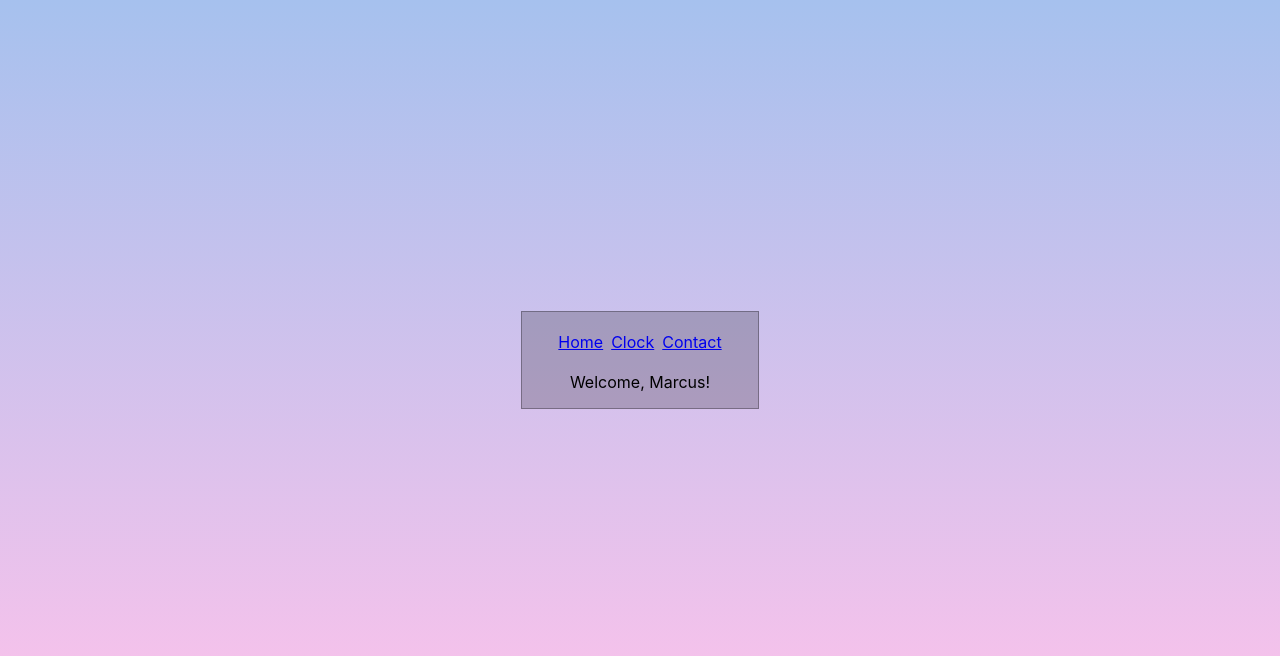
Repository: marcusmerrick/jeopardy
Page: /
An editor plug-in stored every save of this project. The page is shown before and after a run of saves, followed by the edit.
The browser window is 1280 px wide. The pictures show the whole page.
The project was rebuilt for these pictures with package versions that can differ from the ones it lists, and the page was loaded fresh each time. A package was used in the major version that the imports need, not the one package.json lists. Also part of the build but not shown: src/Components/Clocks/Clock.js, src/Components/Contact/Contact.js.

Above is the page before, as saved 2020-08-13 15:09:49.

### src/index.css
body {
  margin: 0;
  padding: 0;
  font-family: -apple-system, BlinkMacSystemFont, "Segoe UI", "Roboto", "Oxygen",
    "Ubuntu", "Cantarell", "Fira Sans", "Droid Sans", "Helvetica Neue",
    sans-serif;
  -webkit-font-smoothing: antialiased;
  -moz-osx-font-smoothing: grayscale;

  display: flex;
  height: 100vh;
  align-items: center;
  justify-content: center;

  background-image: linear-gradient(to top, #fbc2eb 0%, #a6c1ee 100%);
}

.App {
  background: rgba(0, 0, 0, 0.2);
  border: 1px solid rgba(0, 0 ,0, 0.3);
  padding: 1rem 2rem;
}

form > div {
  margin-bottom: 0.5rem;
}

label {
  margin-right: 0.5rem;
}

input {
  border: 1px solid rgba(0, 0 ,0, 0.5);
  font-size: 1rem;
  padding: 4px;
}

button {
  background: #7067CFAA;
  padding: 4px;
  border: 1px solid rgba(0, 0 ,0, 0.5);
  color: white;
  font-size: 1rem;
  width: 100%;
}

.Welcome {
  width: 100%;
}

.Navigation {
  margin-bottom: 1rem;
}

.Navigation ul {
  list-style-type: none;
  margin: 0;
  padding: 0;
}

.Navigation li {
  display: inline-block;
}

.Navigation a {
  display: block;
  padding: 4px;
}

### src/App.js
import React from "react";
import { Route } from 'react-router-dom';
import { Switch } from 'react-router';
import "./App.css";
import Navigation from './Components/Navigation/Navigation'
import Welcome from './Components/Welcome/Welcome';
import Clock from './Components/Clocks/Clock';
import Contact from './Components/Contact/Contact';

function App() {
  return (<div className="App">

    <Navigation />
     {/* define our routes */}

     <Switch>
      <Route
          exact

          path="/Welcome/:name"
          render={(props) => <Welcome {...props} />}
      />
        <Route
        exact path='/'
        render={(props) => <Welcome {...props} name="Marcus" />}
      />

        <Route path="/clock" component={Clock} />
        <Route path="/contact" component={Contact} />
      </Switch>
    </div>
    );
}

export default App;

### src/Components/Navigation/Navigation.js
import React from 'react';
import { Link } from 'react-router-dom';

function Navigation(){
    return(
        <div className="Navigation">
            <ul>
                <li><Link to='/'>Home</Link></li>
                <li><Link to='Clock'>Clock</Link></li>
                <li><Link to='Contact'>Contact</Link></li>
            </ul>
        </div>
    )
};

export default Navigation;

### src/Components/Welcome/Welcome.js
import React from 'react'

function Welcome(props){
    return(
        <div className='Welcome'>
            Welcome, {props.name}{props.match.params.name}!
        </div>
    )
}

export default Welcome

Loaded but not shown: public/index.html (common file); src/index.js (common file); src/serviceWorker.js (common file); src/App.css (common file)

After the next 3 saves:
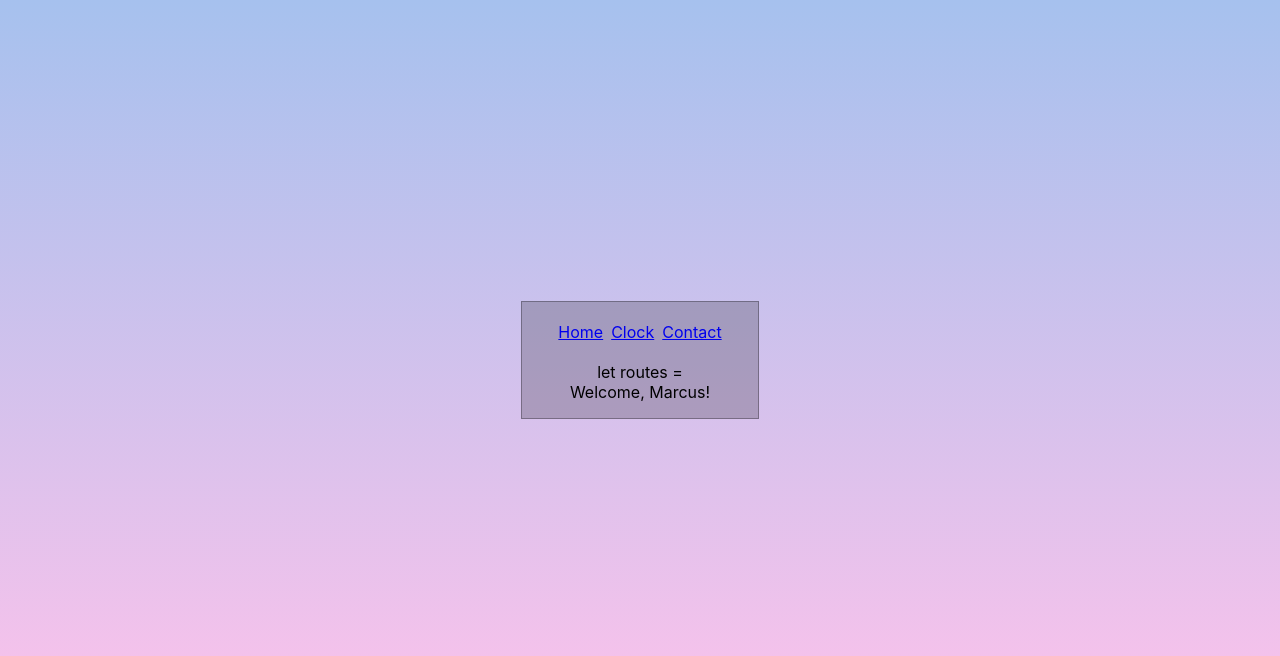
The 3 saves are shown as one change because they came seconds apart.
The last was saved 8 s later.
--- a/src/App.js
+++ b/src/App.js
@@ -12,7 +12,7 @@ function App() {
 
     <Navigation />
      {/* define our routes */}
-
+     let routes =
      <Switch>
       <Route
           exact
